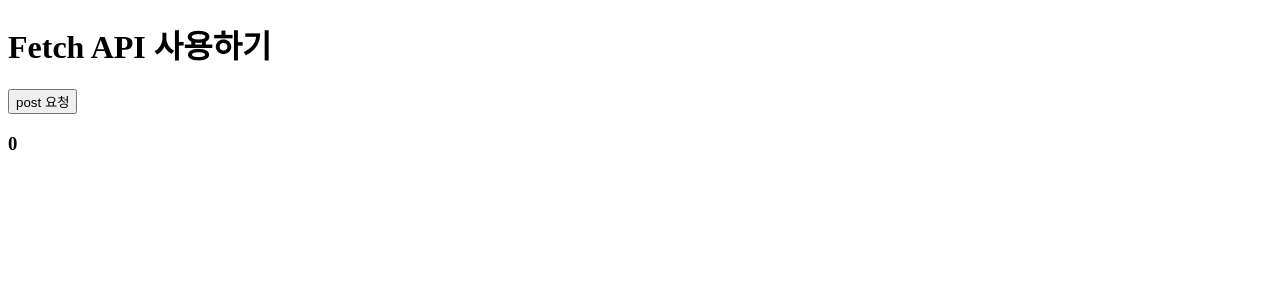
Repository: cwj2306/blog_project_2
Page: http://localhost/blog/test/ajaxtext3.jsp
An editor plug-in stored every save of this project. The page is shown before and after the next save, followed by the edit.
The browser window is 1280 px wide. The pictures show the whole page.
The page is served by Tomcat 9. Nobody is signed in. The application's start-up code is not run.

Above is the page before, as saved 2019-11-05 03:14:53.

After the next save:
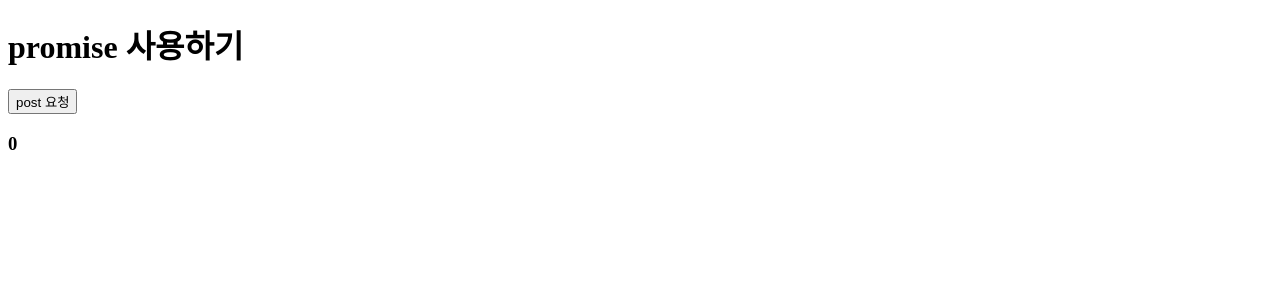
Saved 5 s later.
--- a/blog/WebContent/test/ajaxtext3.jsp
+++ b/blog/WebContent/test/ajaxtext3.jsp
@@ -7,7 +7,7 @@
 </head>
 <body>
 
-	<h1>Fetch API 사용하기</h1>
+	<h1>promise 사용하기</h1>
 	<button onclick="sendPost3()">post 요청</button>
 
 	<h3>
